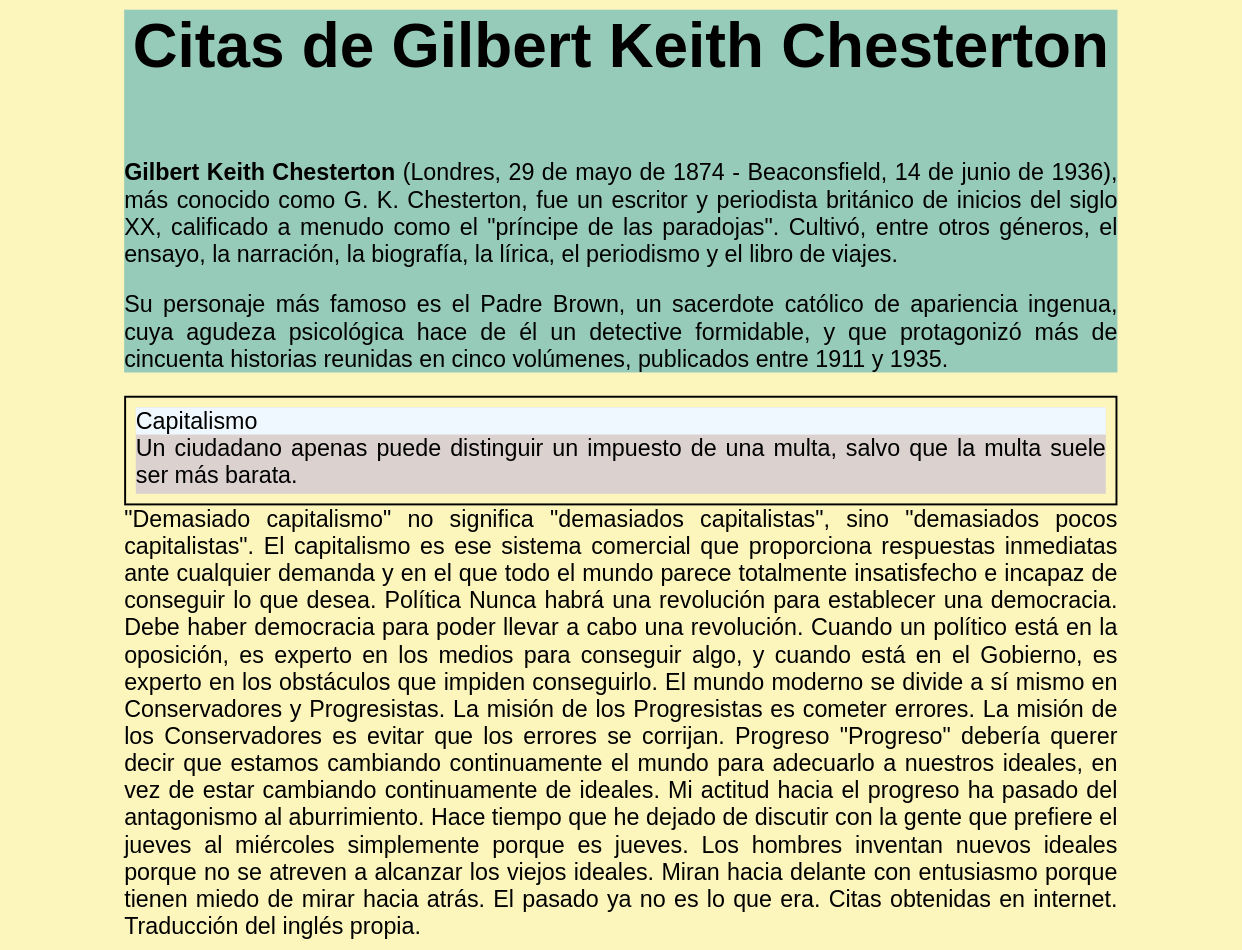
Repository: EmilyMachuca-Developer/Advanced-Programming-Projects
Page: index.html
An editor plug-in stored every save of this project. The page is shown before and after a run of saves, followed by the edit.
The browser window is 1280 px wide. The pictures show the whole page, at 97% of full size.

Above is the page before, as saved 2024-02-26 20:32:17.

### index.html
<html lang="es">
<head>
<meta charset="utf-8">
<link rel="stylesheet" href="Taller 2/css/style.css">
<title>Emily Machuca</title>
</head>

<body>
    <div style="background-color: rgb(150, 202, 185);">
        <h1>Citas de Gilbert Keith Chesterton</h1> <br><br>
        <p><strong>Gilbert Keith Chesterton</strong> (Londres, 29 de mayo de 1874 - Beaconsfield, 14 de junio de 1936), más conocido como G. K. Chesterton, fue un escritor y periodista británico de inicios del siglo XX, calificado a menudo como el "príncipe de las paradojas". Cultivó, entre otros géneros, el ensayo, la narración, la biografía, la lírica, el periodismo y el libro de viajes.</p>
        <p>Su personaje más famoso es el Padre Brown, un sacerdote católico de apariencia ingenua, cuya agudeza psicológica hace de él un detective formidable, y que protagonizó más de cincuenta historias reunidas en cinco volúmenes, publicados entre 1911 y 1935.</p>
    </div>
    <main><section><div style="background-color: aliceblue;"><h7>Capitalismo</h7></div>

        <div><h19>Un ciudadano apenas puede distinguir un impuesto de una multa, salvo que la multa suele ser más barata.</h19></div></section></main>




"Demasiado capitalismo" no significa "demasiados capitalistas", sino "demasiados pocos capitalistas".

El capitalismo es ese sistema comercial que proporciona respuestas inmediatas ante cualquier demanda y en el que todo el mundo parece totalmente insatisfecho e incapaz de conseguir lo que desea.

Política

Nunca habrá una revolución para establecer una democracia. Debe haber democracia para poder llevar a cabo una revolución.

Cuando un político está en la oposición, es experto en los medios para conseguir algo, y cuando está en el Gobierno, es experto en los obstáculos que impiden conseguirlo.

El mundo moderno se divide a sí mismo en Conservadores y Progresistas. La misión de los Progresistas es cometer errores. La misión de los Conservadores es evitar que los errores se corrijan.

Progreso

"Progreso" debería querer decir que estamos cambiando continuamente el mundo para adecuarlo a nuestros ideales, en vez de estar cambiando continuamente de ideales.

Mi actitud hacia el progreso ha pasado del antagonismo al aburrimiento. Hace tiempo que he dejado de discutir con la gente que prefiere el jueves al miércoles simplemente porque es jueves.

Los hombres inventan nuevos ideales porque no se atreven a alcanzar los viejos ideales. Miran hacia delante con entusiasmo porque tienen miedo de mirar hacia atrás.

El pasado ya no es lo que era.

Citas obtenidas en internet. Traducción del inglés propia.
</body>
</html>

### Taller 2/css/style.css
body {
    margin: 10px 10%;
    background-color: fcf6bd;
    font-family: sans-serif;
    font-size: 1.5rem;
    text-align: justify;
  }

  header {
    padding: 0 10px;
    background-color: hwb(0 94% 6% / 0.767);
  }

  h1 {
    margin: 0;
    font-size: 4rem;
    text-align: center;
  }

  main {
    display: block;
    border: rgb(0, 0, 0) 2px solid;
    padding: 10px;

  }

  section {
    padding-bottom: 5px;
    background-color: hwb(17 81% 14%)
  }

  section + section {
    margin-top: 40px;
  }

  h2 {
    margin: 0;
    padding-left: 10px;
    background-color: white;
  }

  section p {
    border: hwb(16 45% 27%)10px solid;
    margin: 20px 10%;
    padding: 10px;
    color: white;
    line-height: 200%;
  }

  footer {
    border-top: black 5px solid;
    margin: 20px 0;
    padding: 0 10px;
    background-color: hwb(15 50% 40%);
    font-size: 1.2rem;
  }

After the next 2 saves:
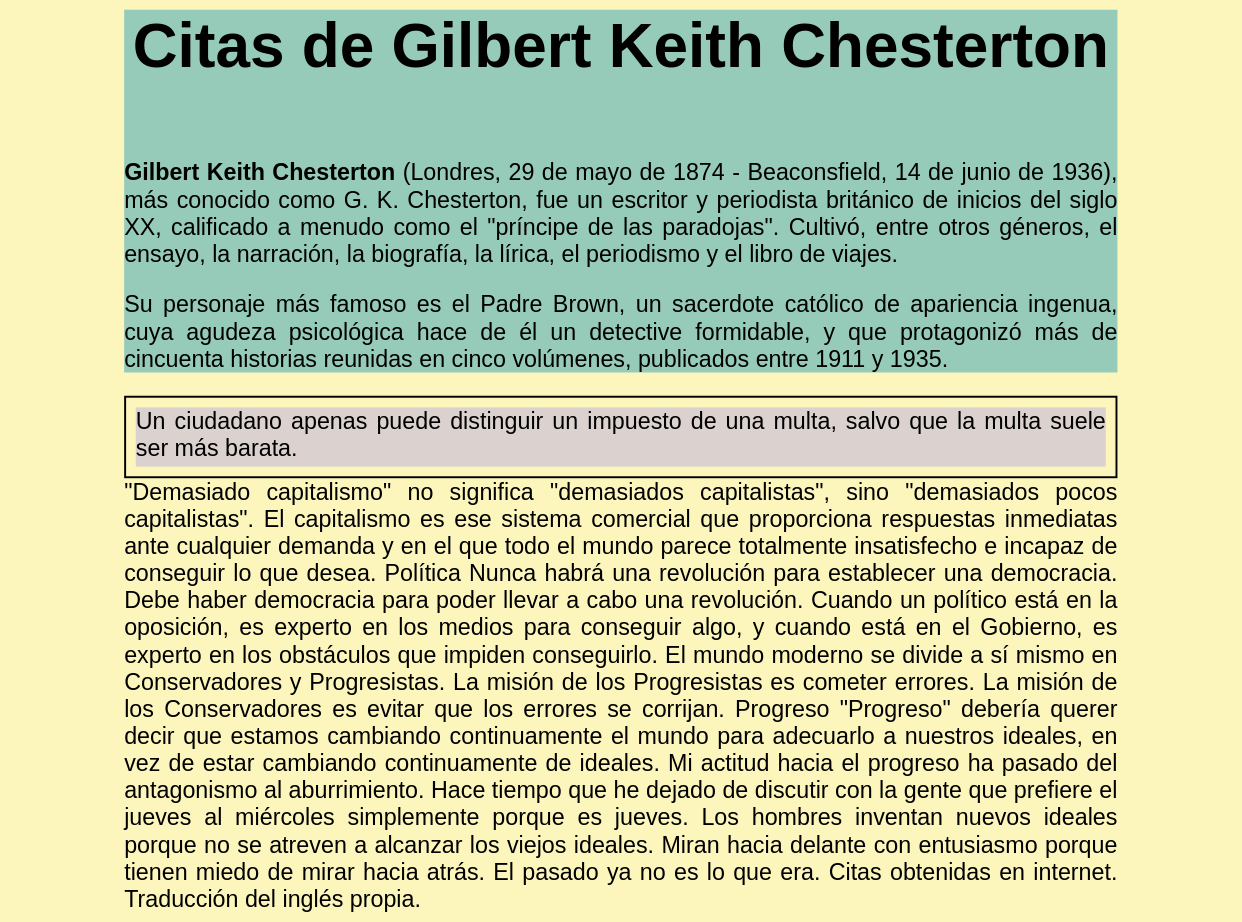
The 2 saves are shown as one change because they came seconds apart.
The last was saved 13 s later.
--- a/index.html
+++ b/index.html
@@ -11,7 +11,7 @@
         <p><strong>Gilbert Keith Chesterton</strong> (Londres, 29 de mayo de 1874 - Beaconsfield, 14 de junio de 1936), más conocido como G. K. Chesterton, fue un escritor y periodista británico de inicios del siglo XX, calificado a menudo como el "príncipe de las paradojas". Cultivó, entre otros géneros, el ensayo, la narración, la biografía, la lírica, el periodismo y el libro de viajes.</p>
         <p>Su personaje más famoso es el Padre Brown, un sacerdote católico de apariencia ingenua, cuya agudeza psicológica hace de él un detective formidable, y que protagonizó más de cincuenta historias reunidas en cinco volúmenes, publicados entre 1911 y 1935.</p>
     </div>
-    <main><section><div style="background-color: aliceblue;"><h7>Capitalismo</h7></div>
+    <main><section><div style="background-color: aliceblue;"><h7><strong</h7></div>
 
         <div><h19>Un ciudadano apenas puede distinguir un impuesto de una multa, salvo que la multa suele ser más barata.</h19></div></section></main>
 

After the save that followed:
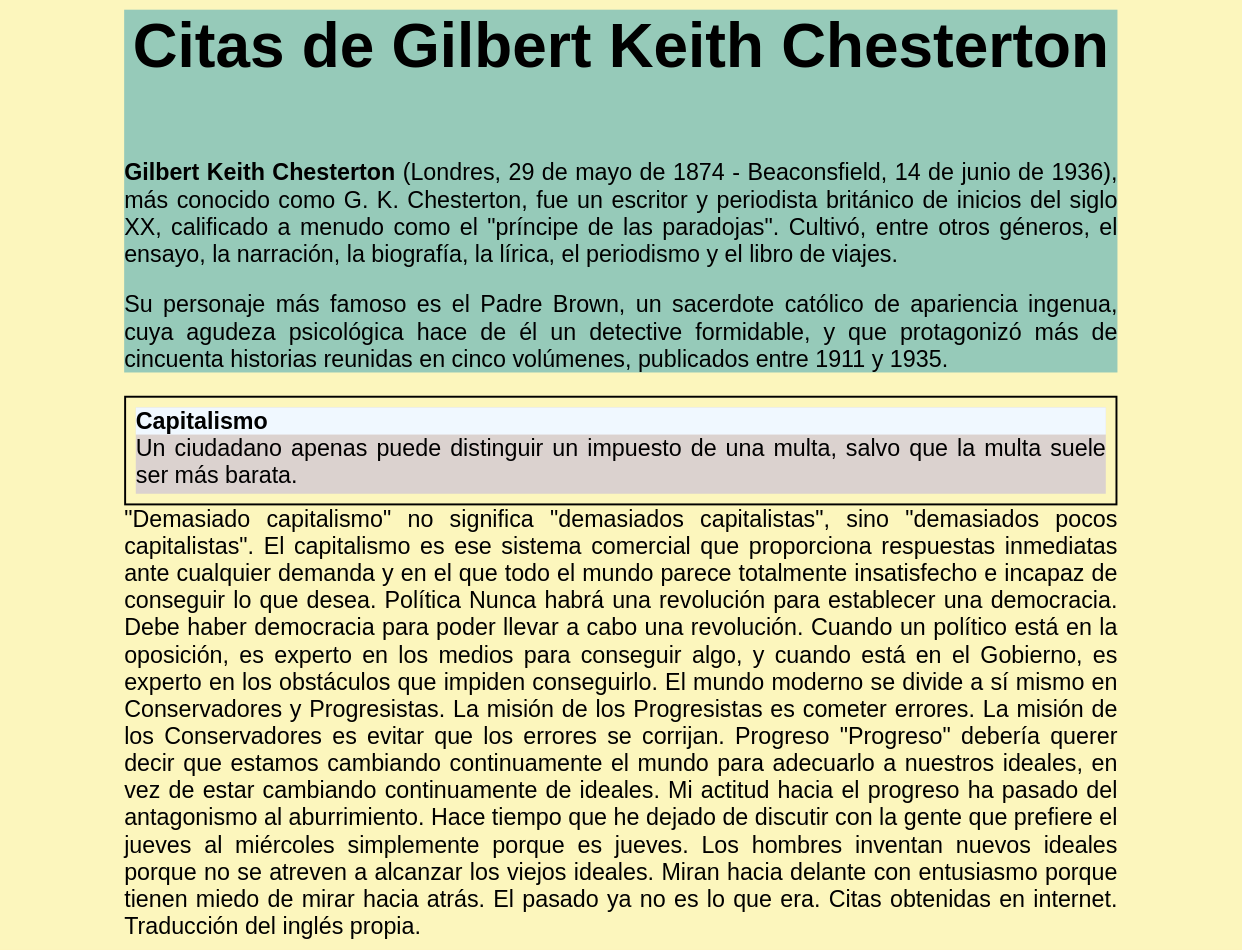
Saved 5 s later.
--- a/index.html
+++ b/index.html
@@ -11,7 +11,7 @@
         <p><strong>Gilbert Keith Chesterton</strong> (Londres, 29 de mayo de 1874 - Beaconsfield, 14 de junio de 1936), más conocido como G. K. Chesterton, fue un escritor y periodista británico de inicios del siglo XX, calificado a menudo como el "príncipe de las paradojas". Cultivó, entre otros géneros, el ensayo, la narración, la biografía, la lírica, el periodismo y el libro de viajes.</p>
         <p>Su personaje más famoso es el Padre Brown, un sacerdote católico de apariencia ingenua, cuya agudeza psicológica hace de él un detective formidable, y que protagonizó más de cincuenta historias reunidas en cinco volúmenes, publicados entre 1911 y 1935.</p>
     </div>
-    <main><section><div style="background-color: aliceblue;"><h7><strong</h7></div>
+    <main><section><div style="background-color: aliceblue;"><h7><strong>Capitalismo</strong></h7></div>
 
         <div><h19>Un ciudadano apenas puede distinguir un impuesto de una multa, salvo que la multa suele ser más barata.</h19></div></section></main>
 
